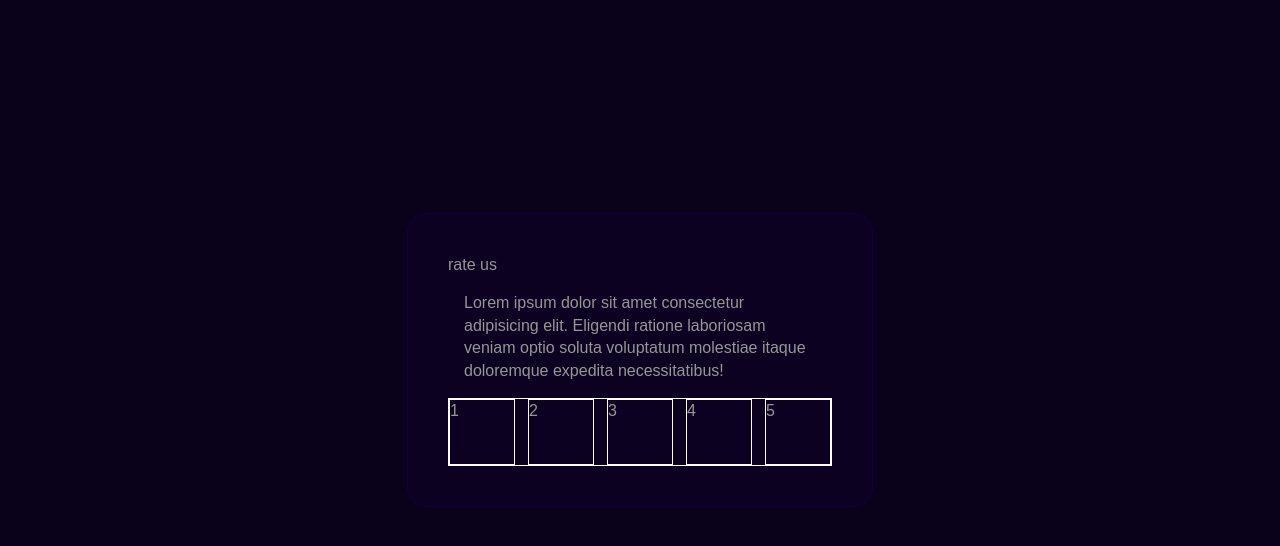
Repository: russel-success/xcodepp-TASK-2
Page: index.html
The author's editor kept a copy of each file at every save. The page is drawn from the files as they stood at one save, then again after a run of saves.
The browser window is 1280 px wide. The pictures show the whole page.

Above is the page before, as saved 2024-05-24 23:00:04.

After the next 4 saves:
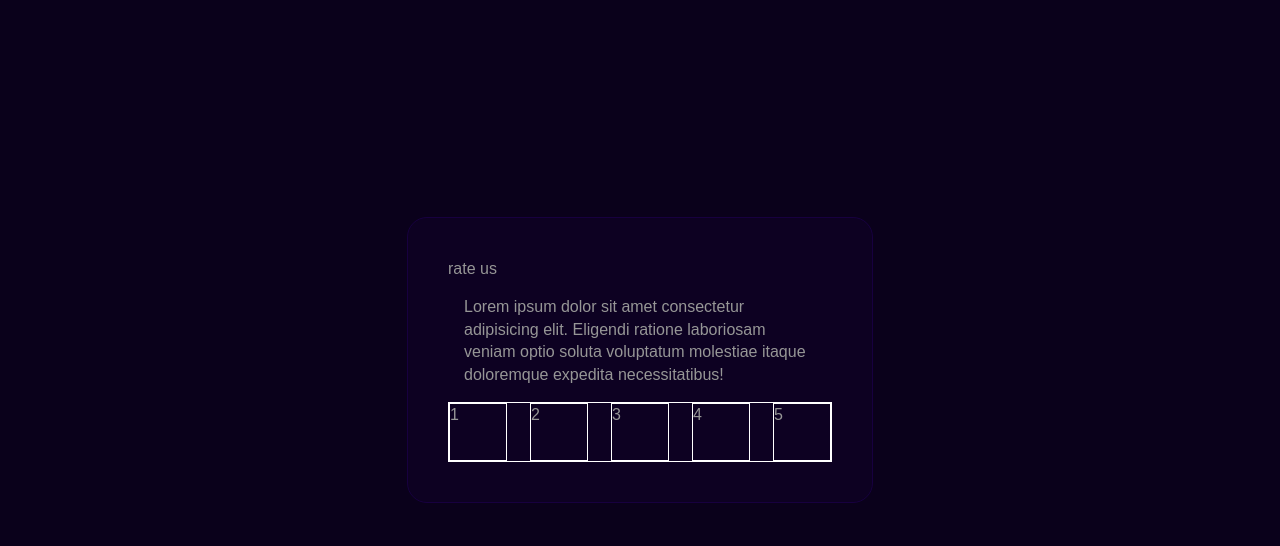
The 4 saves are shown as one change because they came seconds apart.
The last was saved 9 s later.
--- a/styles/styles.css
+++ b/styles/styles.css
@@ -42,6 +42,6 @@
 }
 .rating{
     border:1px solid white;
-    width:64px;
-    height:64px;
+    width:56px;
+    height:56px;
 }
